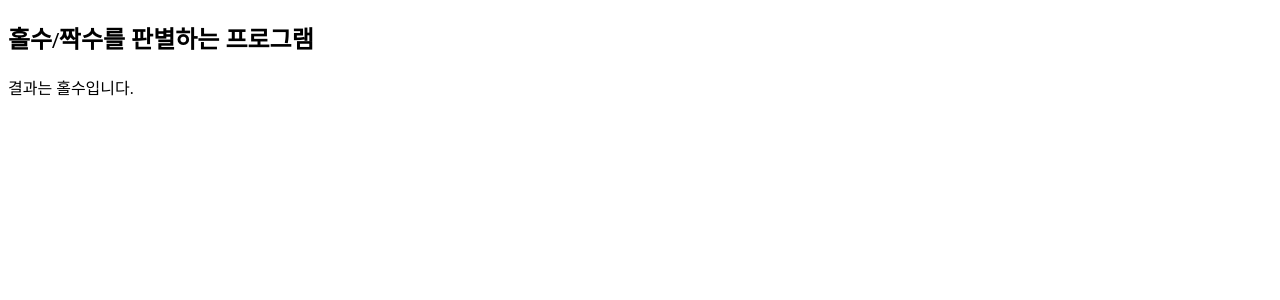
Repository: Kongnamu/JSPworks
Page: http://localhost/jwbook/ch01/expression1.jsp
An editor plug-in stored every save of this project. The page is shown before and after the next save, followed by the edit.
The browser window is 1280 px wide. The pictures show the whole page.
The page is served by Tomcat 9.

Above is the page before, as saved 2023-11-20 05:11:29.

After the next save:
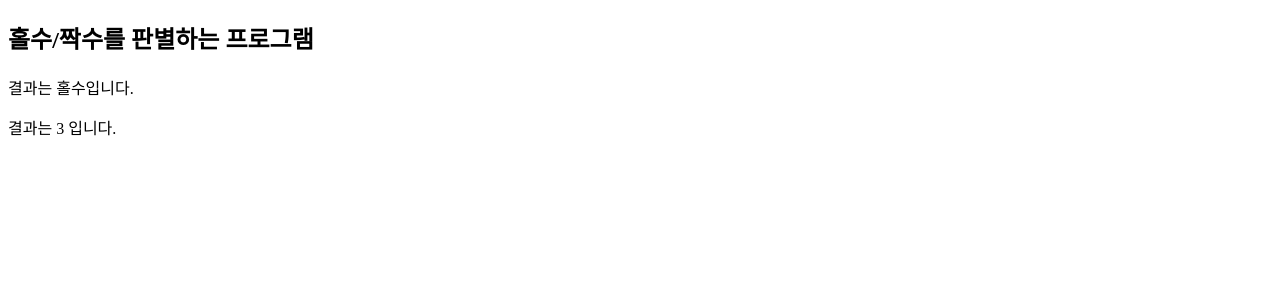
Saved 2 min 22 s later.
--- a/jwbook/src/main/webapp/ch01/expression1.jsp
+++ b/jwbook/src/main/webapp/ch01/expression1.jsp
@@ -13,9 +13,11 @@
 			if(num % 3 ==0){
 				out.println("결과는 홀수입니다.");
 			}else{
-				out.println("홀수가 아닙니다.");
+				out.println("결과는 짝수입니다.");
 			}
 
 	%>
+
+	<p>결과는 <%= num %> 입니다.</p>
 </body>
 </html>
